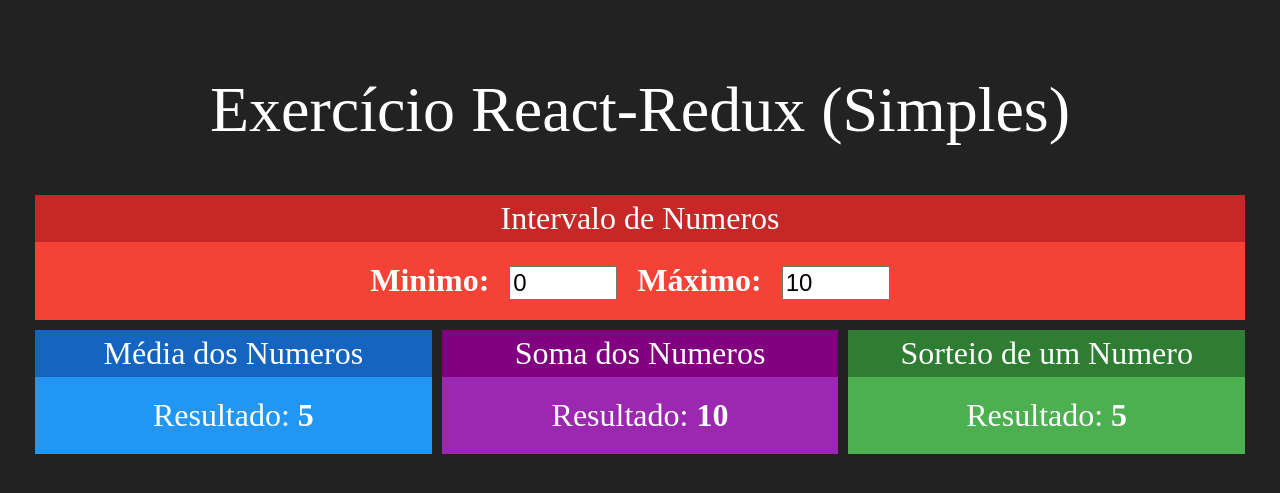
Repository: eversonps/redux-simples
Page: /
An editor plug-in stored every save of this project. The page is shown before and after the next save, followed by the edit.
The browser window is 1280 px wide. The pictures show the whole page.
The project was rebuilt for these pictures with package versions that can differ from the ones it lists, and the page was loaded fresh each time.

Above is the page before, as saved 2022-03-11 13:23:01.

After the next save:
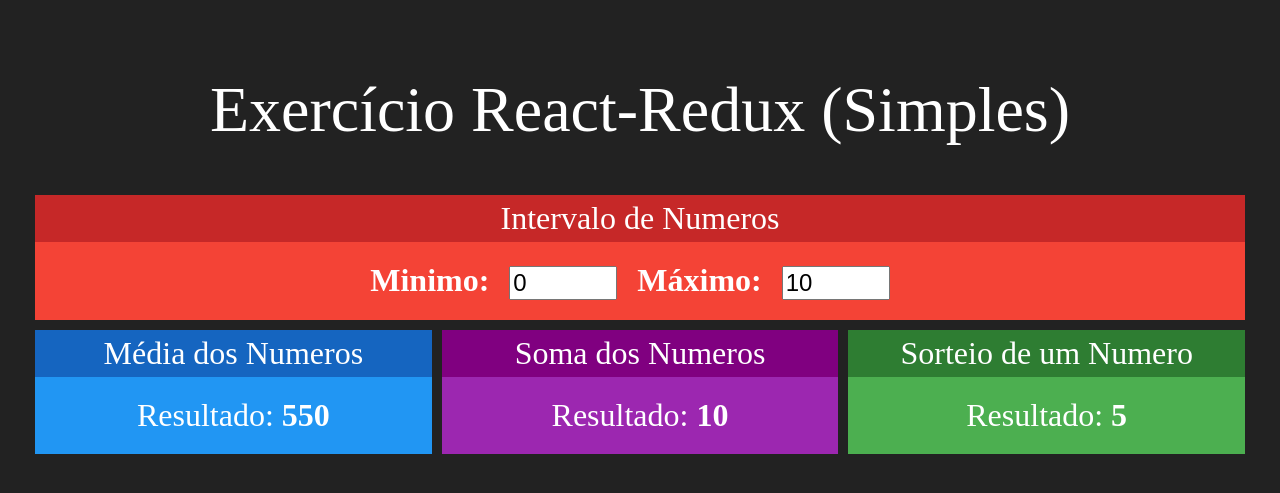
Saved 35 s later.
--- a/src/components/Media.jsx
+++ b/src/components/Media.jsx
@@ -10,7 +10,7 @@ export default props => {
             <div>
                 <span>
                     <span>Resultado: </span>
-                    <strong>5</strong>
+                    <strong>{(max + min) / 2}</strong>
                 </span>
             </div>
         </Card>
